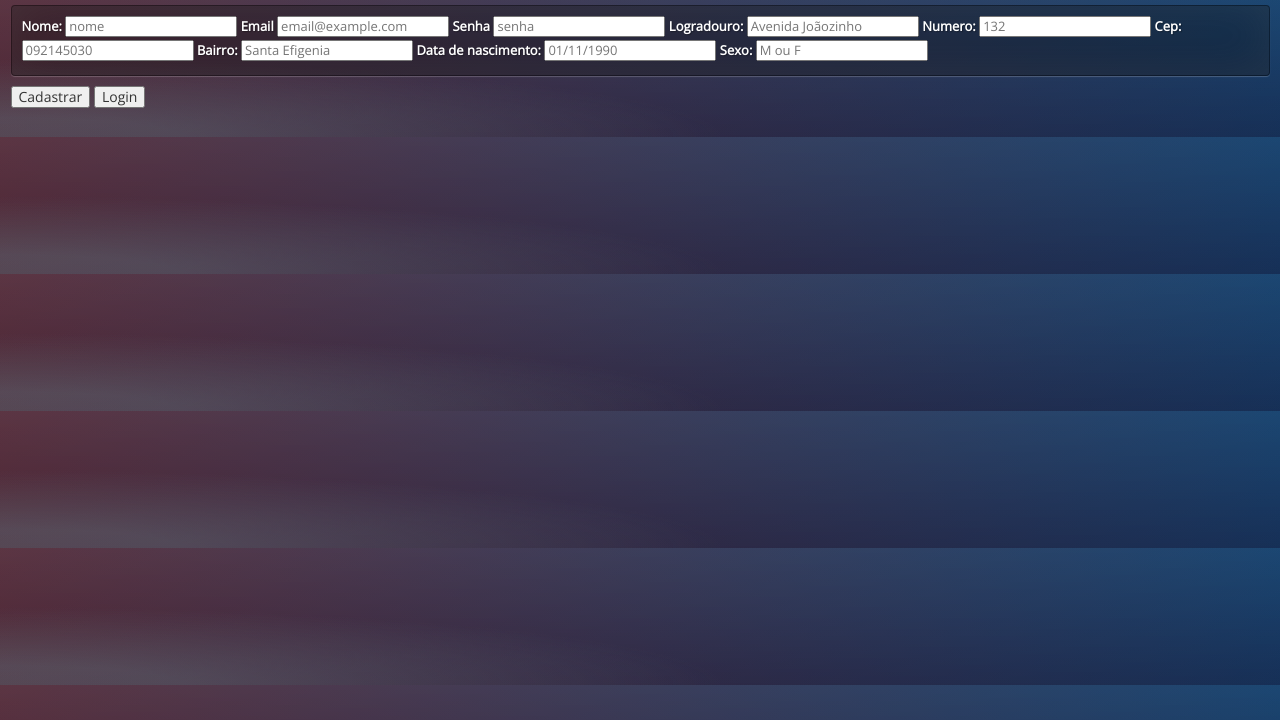
Repository: moises2112/Projetos
Page: http://localhost/Dog/cadastrar.jsp
The author's editor kept a copy of each file at every save. The page is drawn from the files as they stood at one save, then again after the next save.
The browser window is 1280 px wide. The pictures show the whole page.
Some web libraries are served in a nearby version. The page is served by Tomcat 9. Other server files are loaded and not shown.

Above is the page before, as saved 2017-06-10 22:03:26.

### Dog/WebContent/cadastrar.jsp

<%@ page language="java" contentType="text/html; charset=ISO-8859-1"
	pageEncoding="ISO-8859-1"%>
<%@ taglib uri="http://java.sun.com/jsp/jstl/core" prefix="c"%>
<!DOCTYPE HTML>
<html>
<head>
<meta charset="UTF-8">
<meta http-equiv="Content-Type" content="text/html; charset=ISO-8859-1">
<link rel="stylesheet" type="text/css" href="css\bootstrap.css">

<link rel="stylesheet"
	href="https://cdnjs.cloudflare.com/ajax/libs/normalize/5.0.0/normalize.min.css">


<style>
/* NOTE: The styles were added inline because Prefixfree needs access to your styles and they must be inlined if they are on local disk! */
@import url(https://fonts.googleapis.com/css?family=Open+Sans);

* {
	-webkit-box-sizing: border-box;
	-moz-box-sizing: border-box;
	-ms-box-sizing: border-box;
	-o-box-sizing: border-box;
	box-sizing: border-box;
}

body {
	width: 100%;
	height: 100%;
	font-family: 'Open Sans', sans-serif;
	background: #092756;
	background: -moz-radial-gradient(0% 100%, ellipse cover, rgba(104, 128, 138, .4)
		10%, rgba(138, 114, 76, 0) 40%),
		-moz-linear-gradient(top, rgba(57, 173, 219, .25) 0%,
		rgba(42, 60, 87, .4) 100%),
		-moz-linear-gradient(-45deg, #670d10 0%, #092756 100%);
	background: -webkit-radial-gradient(0% 100%, ellipse cover, rgba(104, 128, 138, .4)
		10%, rgba(138, 114, 76, 0) 40%),
		-webkit-linear-gradient(top, rgba(57, 173, 219, .25) 0%,
		rgba(42, 60, 87, .4) 100%),
		-webkit-linear-gradient(-45deg, #670d10 0%, #092756 100%);
	background: -o-radial-gradient(0% 100%, ellipse cover, rgba(104, 128, 138, .4)
		10%, rgba(138, 114, 76, 0) 40%),
		-o-linear-gradient(top, rgba(57, 173, 219, .25) 0%,
		rgba(42, 60, 87, .4) 100%),
		-o-linear-gradient(-45deg, #670d10 0%, #092756 100%);
	background: -ms-radial-gradient(0% 100%, ellipse cover, rgba(104, 128, 138, .4)
		10%, rgba(138, 114, 76, 0) 40%),
		-ms-linear-gradient(top, rgba(57, 173, 219, .25) 0%,
		rgba(42, 60, 87, .4) 100%),
		-ms-linear-gradient(-45deg, #670d10 0%, #092756 100%);
	background: -webkit-radial-gradient(0% 100%, ellipse cover, rgba(104, 128, 138, .4)
		10%, rgba(138, 114, 76, 0) 40%),
		linear-gradient(to bottom, rgba(57, 173, 219, .25) 0%,
		rgba(42, 60, 87, .4) 100%),
		linear-gradient(135deg, #670d10 0%, #092756 100%);
	filter: progid:DXImageTransform.Microsoft.gradient( startColorstr='#3E1D6D',
		endColorstr='#092756', GradientType=1);
}

.campos {
	width: 100%;
	margin-bottom: 10px;
	background: rgba(0, 0, 0, 0.3);
	border: none;
	outline: none;
	padding: 10px;
	font-size: 13px;
	color: #fff;
	text-shadow: 1px 1px 1px rgba(0, 0, 0, 0.3);
	border: 1px solid rgba(0, 0, 0, 0.3);
	border-radius: 4px;
	box-shadow: inset 0 -5px 45px rgba(100, 100, 100, 0.2), 0 1px 1px
		rgba(255, 255, 255, 0.2);
	-webkit-transition: box-shadow .5s ease;
	-moz-transition: box-shadow .5s ease;
	-o-transition: box-shadow .5s ease;
	-ms-transition: box-shadow .5s ease;
	transition: box-shadow .5s ease;
}

input:focus {
	box-shadow: inset 0 -5px 45px rgba(100, 100, 100, 0.4), 0 1px 1px
		rgba(255, 255, 255, 0.2);
}
</style>

<script
	src="https://cdnjs.cloudflare.com/ajax/libs/prefixfree/1.0.7/prefixfree.min.js"></script>

<title>Faça parte do Tindog</title>
</head>
<body>

	<form action="UsuarioController.do?action=inserir" method="post">
		<fieldset>

			<div class="campos">
				<label for="nome">Nome:</label> <input type="text" name="nome"
					placeholder="nome" /> <label for="email">Email</label> <input
					type="text" name="email" placeholder="email@example.com" /> <label
					for="senha">Senha</label> <input type="password" name="senha"
					placeholder="senha" /> <label for="logradouro">Logradouro:</label>
				<input type="text" name="logradouro" placeholder="Avenida Joãozinho" />

				<label for="numero">Numero:</label> <input type="text" name="numero"
					placeholder="132" /> <label for="cep">Cep:</label> <input
					type="text" name="cep" placeholder="092145030" /> <label
					for="bairro">Bairro:</label> <input type="text" name="bairro"
					placeholder="Santa Efigenia" /> <label for="dataNascimento">Data
					de nascimento:</label> <input type="text" name="dataNascimento"
					placeholder="01/11/1990" /> <label for="sexo">Sexo:</label> <input
					type="text" name="sexo" placeholder="M ou F" />
			</div>

			<div>
				<input type="submit" value="Cadastrar" /> <input type="button"
					value="Login" onClick="window.location.href='./login.jsp'" />
			</div>
		</fieldset>
	</form>
	<label><c:out value="${erroAoLogar}" /></label>


</body>
</html>

Loaded but not shown: Dog/WebContent/css/bootstrap.css (library)

After the next save:
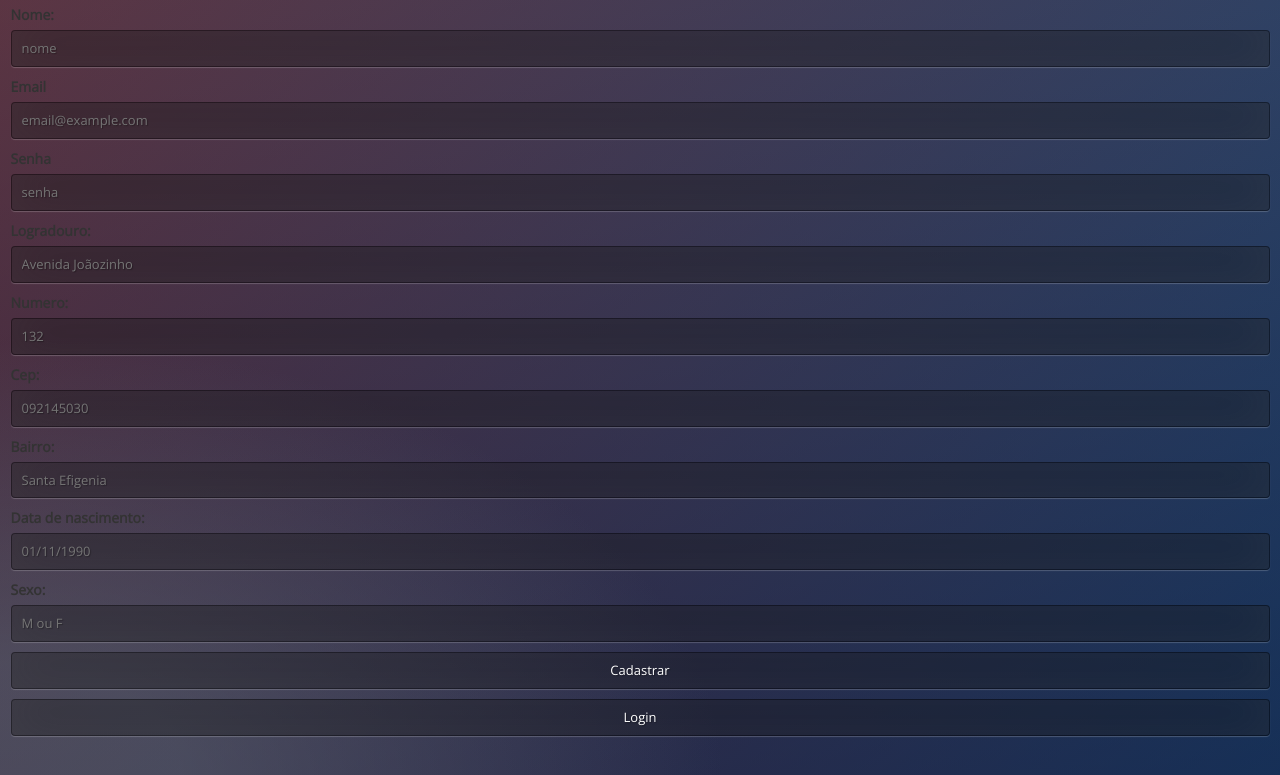
Saved 103 s later.
--- a/Dog/WebContent/cadastrar.jsp
+++ b/Dog/WebContent/cadastrar.jsp
@@ -59,7 +59,7 @@ body {
 		endColorstr='#092756', GradientType=1);
 }
 
-.campos {
+input {
 	width: 100%;
 	margin-bottom: 10px;
 	background: rgba(0, 0, 0, 0.3);
@@ -96,7 +96,7 @@ input:focus {
 	<form action="UsuarioController.do?action=inserir" method="post">
 		<fieldset>
 
-			<div class="campos">
+			<div>
 				<label for="nome">Nome:</label> <input type="text" name="nome"
 					placeholder="nome" /> <label for="email">Email</label> <input
 					type="text" name="email" placeholder="email@example.com" /> <label
